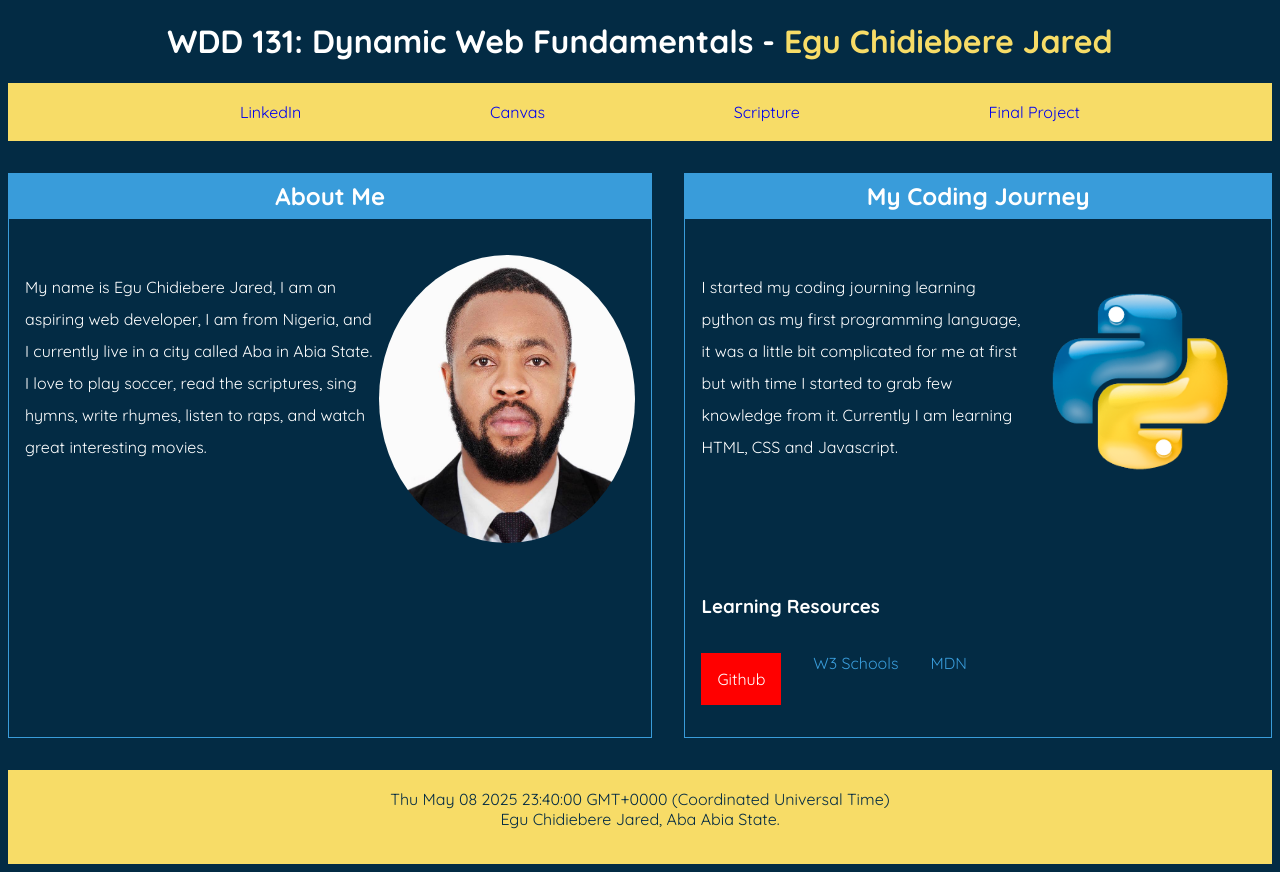
Repository: EguJaredoBoyd/wdd131
Page: index.html
An editor plug-in stored every save of this project. The page is shown before and after the next save, followed by the edit.
The browser window is 1280 px wide. The pictures show the whole page.
The pointer rests on the first visible `.learning-resources ul li a`.

Above is the page before, as saved 2025-05-09 15:54:41.

### index.html
<!DOCTYPE html>
<html lang="en">
<head>
    <meta charset="UTF-8">
    <meta name="viewport" content="width=device-width, initial-scale=1.0">
    <title>WDD 131 ― Dynamic Web Fundamentals ― Egu Chidiebere Jared</title>
    <meta name="description" content="WDD 131 ― Dynamic Web Fundamentals ― Egu Chidiebere Jared: This page shows a simple layout which uses HTML, CSS and Javascript code to design a basic page with functionality">
    <meta name="author" content="Egu Chidiebere Jared">
    <link rel="preconnect" href="https://fonts.googleapis.com">
    <link rel="preconnect" href="https://fonts.gstatic.com" crossorigin>
    <link href="https://fonts.googleapis.com/css2?family=Quicksand:wght@300..700&display=swap" rel="stylesheet">
    <link rel="stylesheet" href="./styles/base.css">
    <script src="./scripts/getdates.js" defer></script>
</head>
<body>
    <header>
        <h1>
            WDD 131: Dynamic Web Fundamentals - <span>Egu Chidiebere Jared</span>
        </h1>
        <nav>
            <ul>
                <li>
                    <a href="https://www.linkedin.com/in/egu-chidiebere-jared-021b18331?utm_source=share&utm_campaign=share_via&utm_content=profile&utm_medium=ios_app">LinkedIn</a>
                </li>
                <li>
                    <a href="https://byupw.instructure.com/.">Canvas</a>
                </li>
                <li>
                    <a href="https://www.churchofjesuschrist.org/study/scriptures/nt/james/1?lang=eng">Scripture</a>
                </li>
                <li>
                    <a href="#">Final Project</a>
                </li>
            </ul>
        </nav>

    </header>

    <main>
        <section class="card">
            <h2>About Me</h2>
            <div>
                <p>
                    My name is Egu Chidiebere Jared, I am an aspiring web developer, I am from Nigeria, and I currently live in a city called Aba in Abia State. I love to play soccer, read the scriptures, sing hymns, write rhymes, listen to raps, and watch great interesting movies.
                </p>
                <img src="./images/jared.jpg" alt="Jared">
            </div>
        </section>
        <section class="card">
            <h2>My Coding Journey</h2>
            <div>
                <p>
                    I started my coding journing learning python as my first programming language, it was a little bit complicated for me at
                    first but with time I started to grab few knowledge from it. Currently I am learning HTML, CSS and Javascript.
                </p>
                <img src="./images/python-logo.png" alt="Python Code Logo">
            </div>
            <div class="learning-resources">
                <h3>Learning Resources</h3>
                <ul>
                    <li>
                        <a href="https://github.com/EguJaredoBoyd">Github</a>
                    </li>
                    <li>
                        <a href="https://www.w3schools.com/">W3 Schools</a>
                    </li>
                    <li>
                        <a href="https://developer.mozilla.org/en-US/">MDN</a>
                    </li>
                </ul>
            </div>
        </section>
    </main>

    <footer>
        <p>
            <span id="currentyear"></span>
            Egu Chidiebere Jared, Aba Abia State.

        </p>
        <p id="lastModified"></p>
    </footer>

</body>
</html>

### styles/base.css
html{
    color: white;
    background-color: #032B44;
    font-family: "Quicksand", sans-serif;
}
header{
    background-color: #032B44;
}
header h1{
    text-align: center;
}
Header h1 span{
    color:#F7DC67;
}
nav{
    background-color: #F7DC67;
    padding: 0.2rem;
}
header nav ul{
    display: flex;
    justify-content:space-evenly;
}
header nav ul li{
    list-style-type: none;
}
header nav ul li a{
    text-decoration: none;
}
header nav ul li a:hover{
    display: block;
    background-color: #032B44;
    padding: 0.5rem;
    color: white;
    transition: 0.5s ease-in-out;
}
main{
    display: flex;
    gap: 2rem;
    max-width: 100%;
}
.card{
    border-left: 1px solid #399cda;
    border-right: 1px solid #399cda;
    border-bottom: 1px solid #399cda;
    margin-top: 1px solid #399cda;
    margin-top: 2rem;
}
.card h2{
    text-align: center;
    background-color: #399cda;
    padding: 0.5rem;
    margin-top: 0;

}
.card img{
    height: 40vh;
    width: 20vw;
    border-radius: 50%;
}
.card div{
    display: flex;
    padding: 1rem;
}
.card p{
    line-height: 2rem;
}
.learning-resources{
    display: flex;
    flex-direction: column;
}
.learning-resources ul{
    display: flex;
    justify-content: flex-start;
    padding-left: 0;
    gap: 2rem;
}
.learning-resources ul li{
    list-style-type: none;
}
.learning-resources ul li a{
    text-decoration: none;
    color: #399cda;
}
.learning-resources ul li a:hover{
    display: block;
    background-color: red;
    padding: 1rem;
    color: white;
    transition: 0.3s ease-in-out;


}
footer{
    text-align: center;
    margin-top: 2rem;
    background-color: #F7DC67;
    color: #032B44;
    padding: 0.2rem;
}
footer p{
    display: flex;
    flex-direction: column;
}

### scripts/getdates.js
const lastModifiedDate = new Date(document.lastModified);
console.log(lastModifiedDate);
document.getElementById("currentyear").textContent = lastModifiedDate;

After the next save:
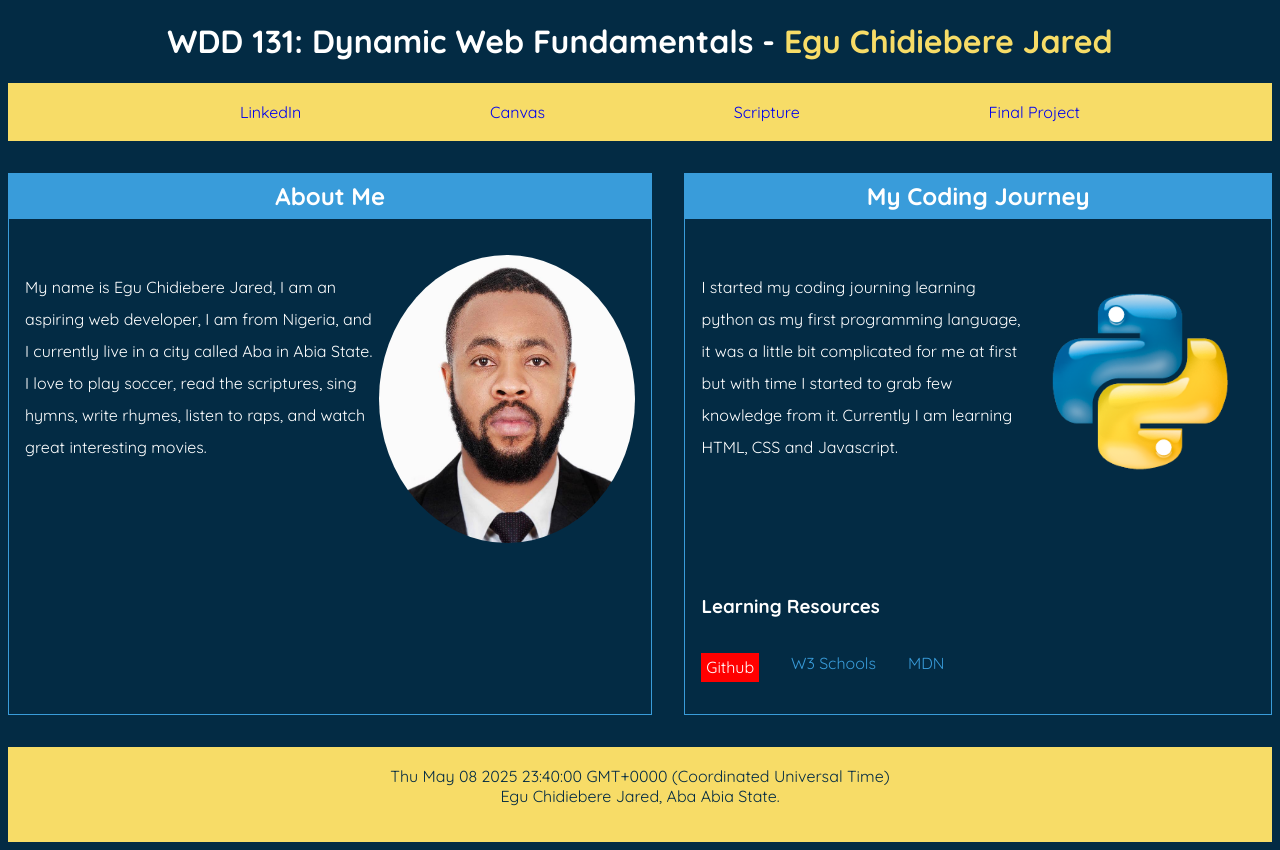
Saved 9 s later.
--- a/styles/base.css
+++ b/styles/base.css
@@ -84,7 +84,7 @@
 .learning-resources ul li a:hover{
     display: block;
     background-color: red;
-    padding: 1rem;
+    padding: 0.3rem;
     color: white;
     transition: 0.3s ease-in-out;
 
